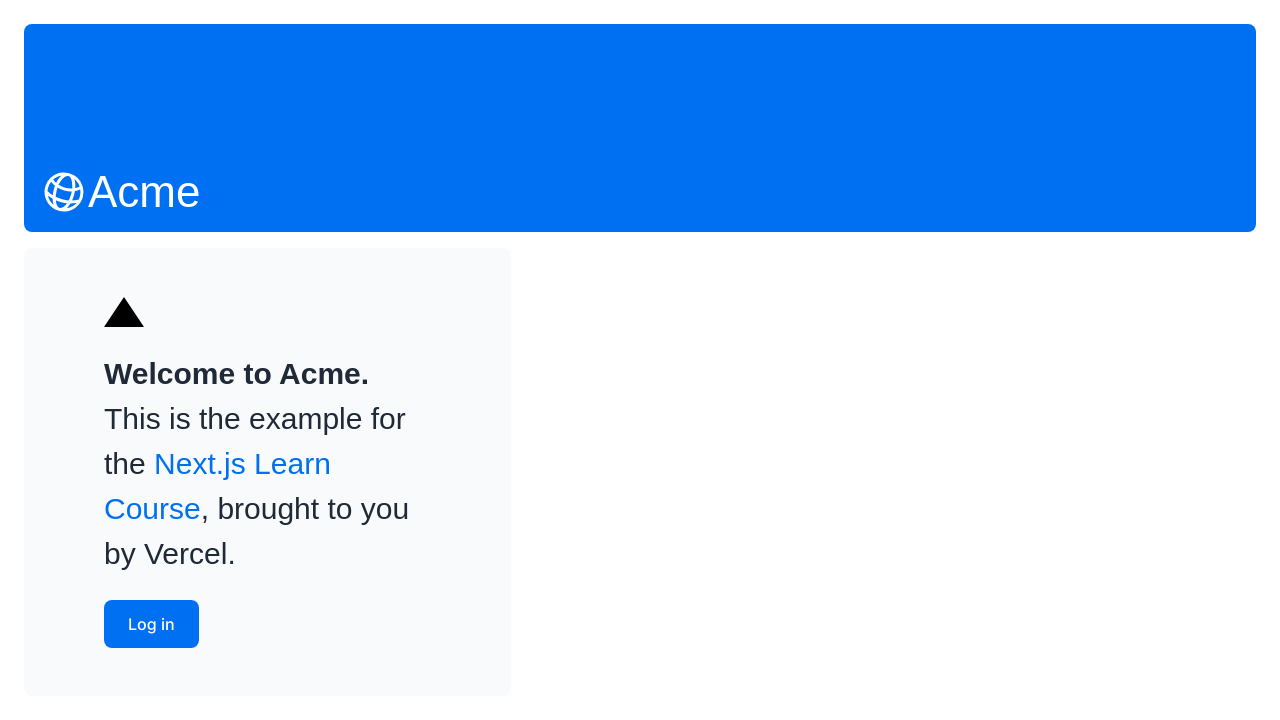
Repository: limaneto/invoices
Page: /
The author's editor kept a copy of each file at every save. The page is drawn from the files as they stood at one save, then again after a run of saves.
The browser window is 1280 px wide. The pictures show the whole page.
Some web fonts or font styles are not loaded; a fallback is used. The project was rebuilt for these pictures with package versions that can differ from the ones it lists, and the page was loaded fresh each time. The framework's server and built-in components were replaced by stand-ins that run in the browser. Also part of the build but not shown: next.config.js.

Above is the page before, as saved 2023-11-02 15:06:45.

After the next 2 saves:
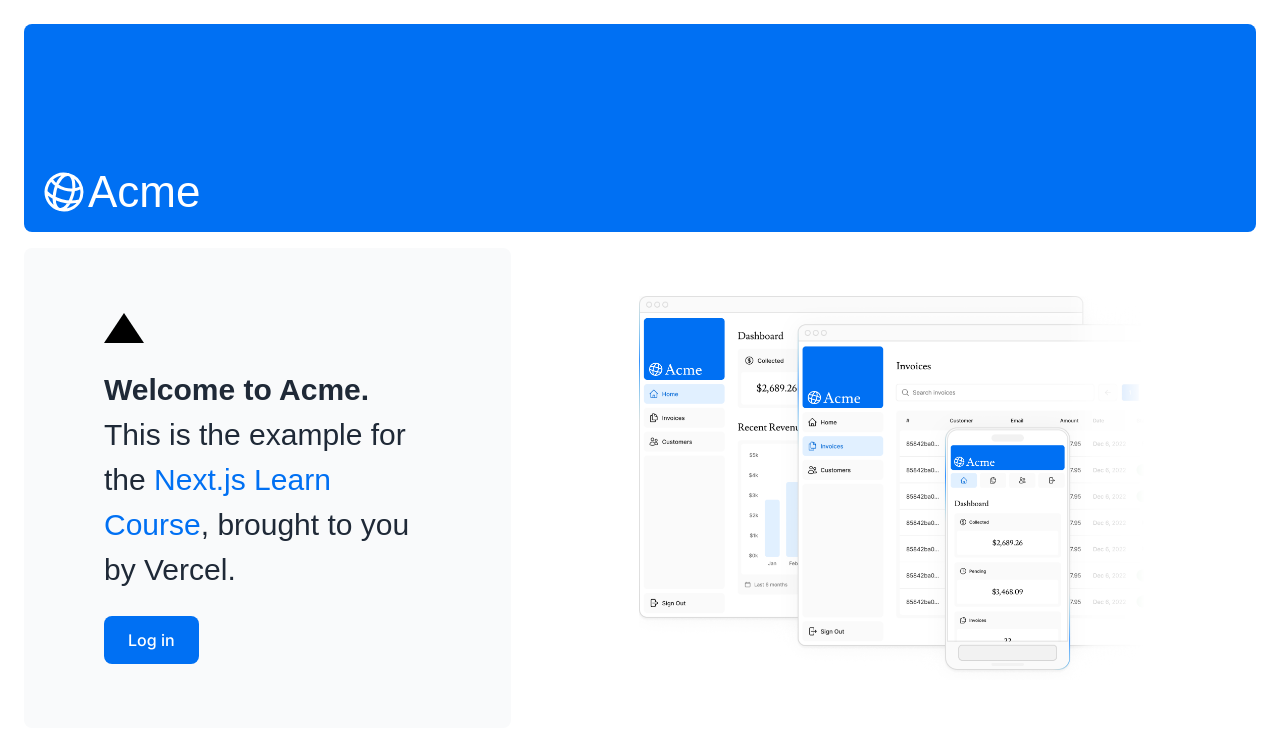
The 2 saves are shown as one change because 1 did not build or start.
The last was saved 71 s later.
--- a/app/page.tsx
+++ b/app/page.tsx
@@ -1,6 +1,6 @@
 import AcmeLogo from '@/app/ui/acme-logo';
 import { lusitana } from './ui/fonts';
-import { Image } from 'next/image';
+import Image from 'next/image';
 
 import Link from 'next/link';
 export default function Page() {
@@ -29,7 +29,13 @@
           </Link>
         </div>
         <div className="flex items-center justify-center p-6 md:w-3/5 md:px-28 md:py-12">
-          {/* Add Hero Images Here */}
+          <Image
+            src="/hero-desktop.png"
+            width={1000}
+            height={760}
+            className="hidden md:block"
+            alt="Screenshots of the dashboard project showing desktop and mobile versions"
+          />
         </div>
       </div>
     </main>
